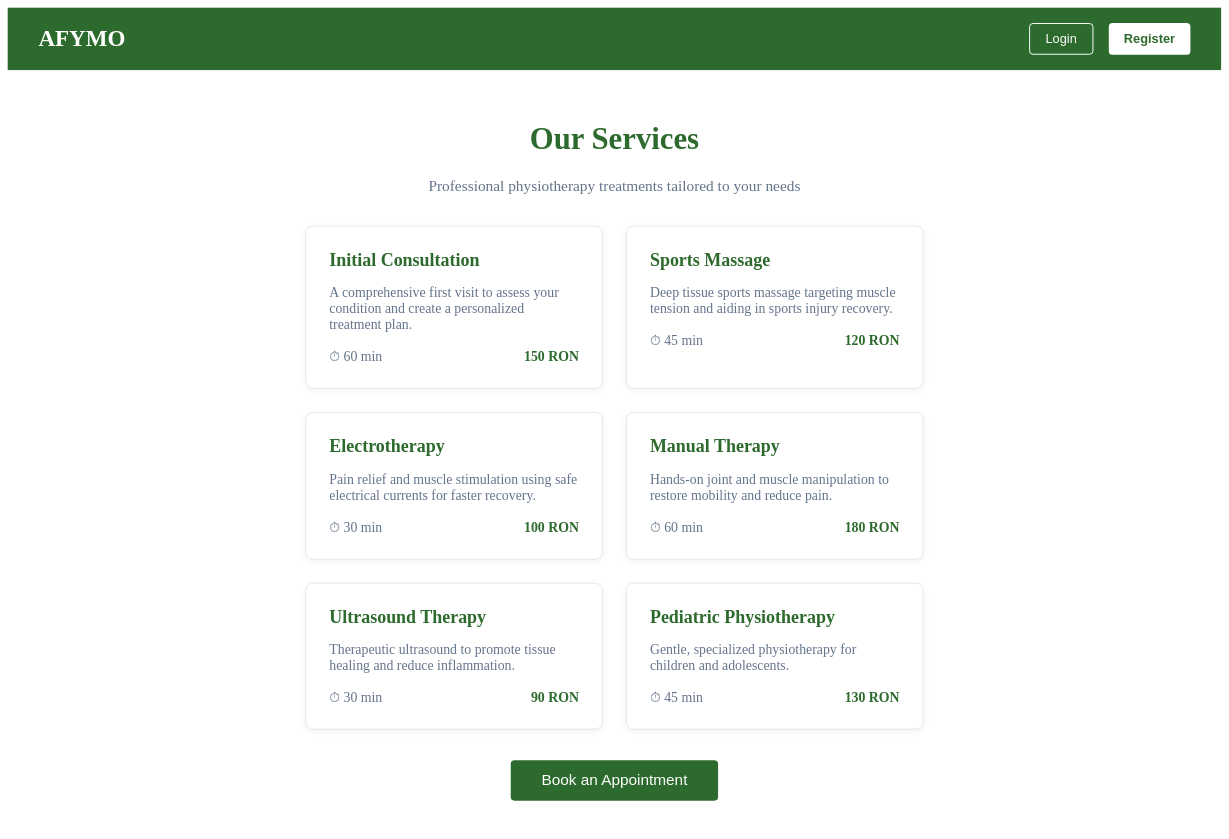
Repository: Bogo02/PhysioApp
Page: /services (app in physioapp-frontend/)
These files come from the project's save history. The page is drawn as it stood at one moment and after the next save; the edit follows.
The browser window is 1280 px wide. The pictures show the whole page, at 96% of full size.
The project was rebuilt for these pictures with package versions that can differ from the ones it lists, and the page was loaded fresh each time. Also part of the build but not shown: physioapp-frontend/vite.config.js, physioapp-frontend/src/index.css, physioapp-frontend/src/pages/Home.jsx, physioapp-frontend/src/pages/Login.jsx, physioapp-frontend/src/pages/Register.jsx, physioapp-frontend/src/pages/Dashboard.jsx, physioapp-frontend/src/pages/Appointments.jsx, physioapp-frontend/src/pages/BookAppointment.jsx and 3 more.

Above is the page before, as saved 2026-06-04 02:53:17.

After the next save:
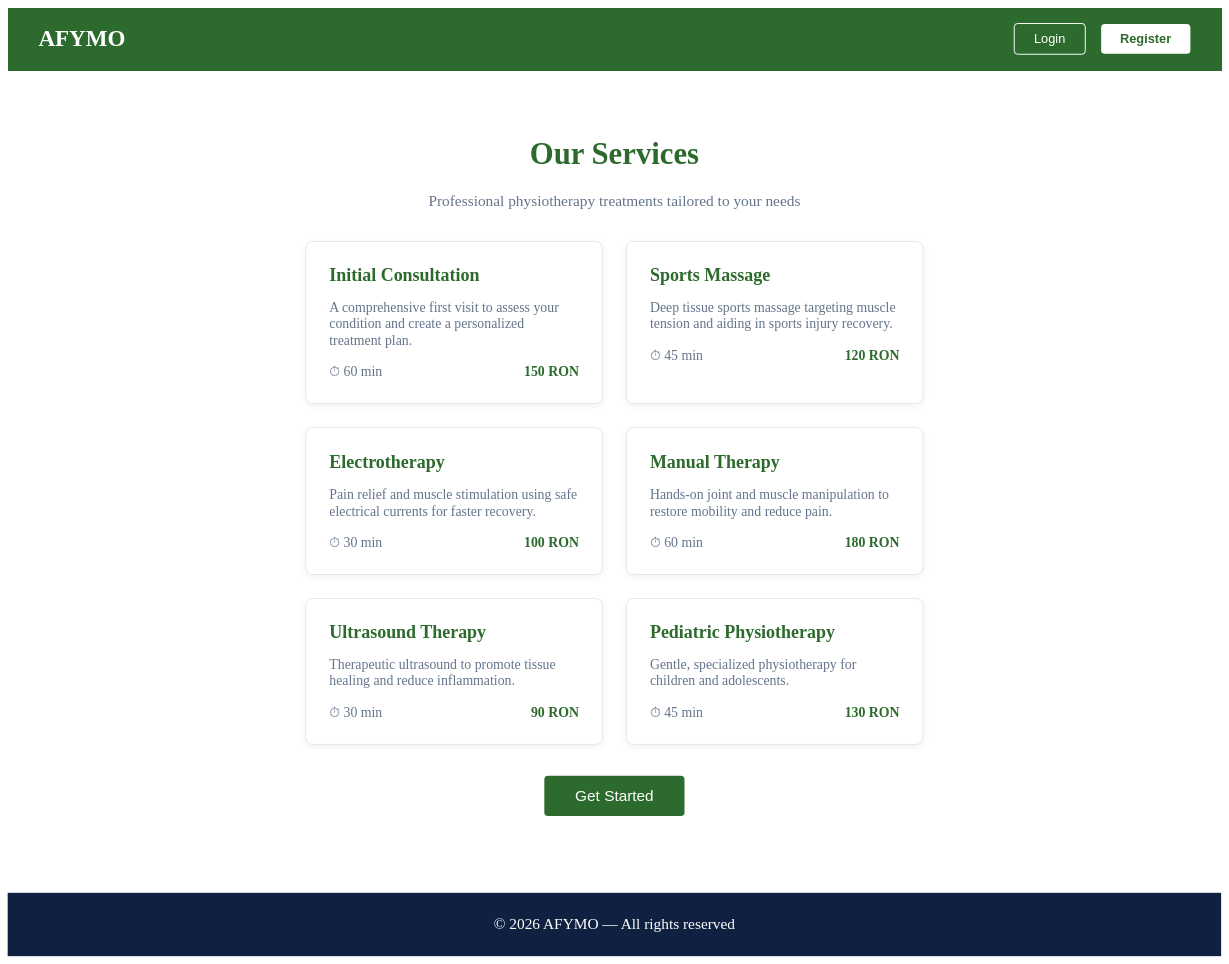
Saved 113 s later.
--- a/physioapp-frontend/src/pages/Services.jsx
+++ b/physioapp-frontend/src/pages/Services.jsx
@@ -1,7 +1,9 @@
+import { useState } from 'react'
 import { useNavigate } from 'react-router-dom'
 
 function Services() {
   const navigate = useNavigate()
+  const [token] = useState(localStorage.getItem('token'))
 
   const services = [
     { name: 'Initial Consultation', duration: 60, price: 150, desc: 'A comprehensive first visit to assess your condition and create a personalized treatment plan.' },
@@ -16,22 +18,38 @@ function Services() {
     <div>
       <nav style={{
         display: 'flex', justifyContent: 'space-between', alignItems: 'center',
-        padding: '1rem 2rem', background: '#2d6a2d', color: 'white'
+        padding: '1rem 2rem', background: '#2d6a2d', color: 'white',
+        position: 'sticky', top: 0, zIndex: 100
       }}>
         <h2 style={{ margin: 0, cursor: 'pointer' }} onClick={() => navigate('/')}>AFYMO</h2>
-        <div style={{ display: 'flex', gap: '1rem' }}>
-          <button onClick={() => navigate('/login')} style={{
-            padding: '0.5rem 1rem', background: 'transparent', color: 'white',
-            border: '1px solid white', borderRadius: '4px', cursor: 'pointer'
-          }}>Login</button>
-          <button onClick={() => navigate('/register')} style={{
-            padding: '0.5rem 1rem', background: 'white', color: '#2d6a2d',
-            border: 'none', borderRadius: '4px', cursor: 'pointer', fontWeight: 'bold'
-          }}>Register</button>
+        <div style={{ display: 'flex', gap: '1rem', alignItems: 'center' }}>
+          {token ? (
+            <>
+              <button onClick={() => navigate('/dashboard')} style={{
+                padding: '0.5rem 1.25rem', background: 'transparent', color: 'white',
+                border: '1px solid white', borderRadius: '4px', cursor: 'pointer'
+              }}>Dashboard</button>
+              <button onClick={() => { localStorage.clear(); navigate('/') }} style={{
+                padding: '0.5rem 1.25rem', background: 'white', color: '#2d6a2d',
+                border: 'none', borderRadius: '4px', cursor: 'pointer', fontWeight: 'bold'
+              }}>Logout</button>
+            </>
+          ) : (
+            <>
+              <button onClick={() => navigate('/login')} style={{
+                padding: '0.5rem 1.25rem', background: 'transparent', color: 'white',
+                border: '1px solid white', borderRadius: '4px', cursor: 'pointer'
+              }}>Login</button>
+              <button onClick={() => navigate('/register')} style={{
+                padding: '0.5rem 1.25rem', background: 'white', color: '#2d6a2d',
+                border: 'none', borderRadius: '4px', cursor: 'pointer', fontWeight: 'bold'
+              }}>Register</button>
+            </>
+          )}
         </div>
       </nav>
 
-      <div style={{ padding: '2rem', maxWidth: '900px', margin: '0 auto' }}>
+      <div style={{ padding: '3rem 2rem', maxWidth: '900px', margin: '0 auto' }}>
         <h1 style={{ color: '#2d6a2d', textAlign: 'center' }}>Our Services</h1>
         <p style={{ textAlign: 'center', color: '#64748b', marginBottom: '2rem' }}>
           Professional physiotherapy treatments tailored to your needs
@@ -52,12 +70,26 @@ function Services() {
           ))}
         </div>
         <div style={{ textAlign: 'center', marginTop: '2rem' }}>
-          <button onClick={() => navigate('/appointments/book')} style={{
-            padding: '0.75rem 2rem', background: '#2d6a2d', color: 'white',
-            border: 'none', borderRadius: '4px', cursor: 'pointer', fontSize: '1rem'
-          }}>Book an Appointment</button>
+          {token ? (
+            <button onClick={() => navigate('/appointments/book')} style={{
+              padding: '0.75rem 2rem', background: '#2d6a2d', color: 'white',
+              border: 'none', borderRadius: '4px', cursor: 'pointer', fontSize: '1rem'
+            }}>Book an Appointment</button>
+          ) : (
+            <button onClick={() => navigate('/register')} style={{
+              padding: '0.75rem 2rem', background: '#2d6a2d', color: 'white',
+              border: 'none', borderRadius: '4px', cursor: 'pointer', fontSize: '1rem'
+            }}>Get Started</button>
+          )}
         </div>
       </div>
+
+      <footer style={{
+        background: '#0f2040', color: 'white', textAlign: 'center',
+        padding: '1.5rem', marginTop: '2rem'
+      }}>
+        <p style={{ margin: 0 }}>© 2026 AFYMO — All rights reserved</p>
+      </footer>
     </div>
   )
 }
